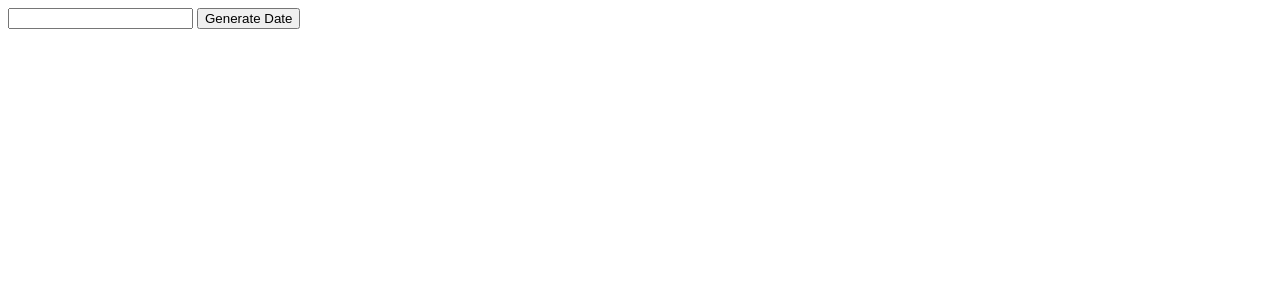
Repository: jfjadloc/jfjadloc.github.io
Page: Timestamp/index.html
An editor plug-in stored every save of this project. The page is shown before and after the next save, followed by the edit.
The browser window is 1280 px wide. The pictures show the whole page.

Above is the page before, as saved 2022-02-27 20:55:21.

After the next save:
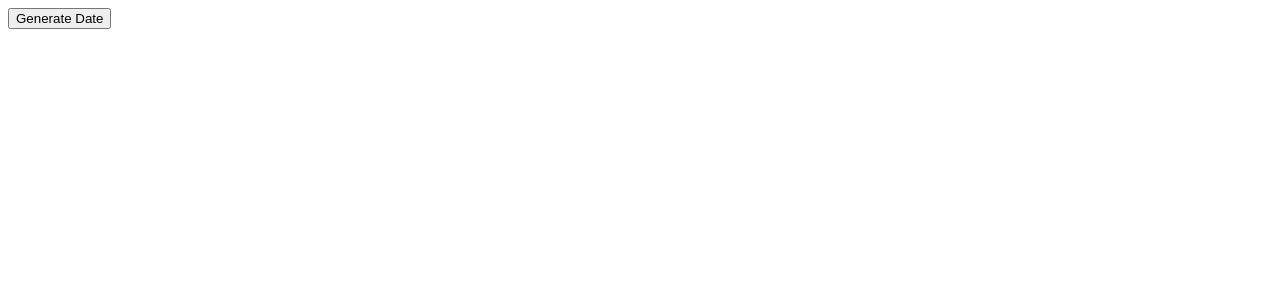
Saved 74 s later.
--- a/Timestamp/index.html
+++ b/Timestamp/index.html
@@ -7,7 +7,6 @@
     <title>Time Stamp Generator</title>
 </head>
 <body>
-    <input type="text" name="date_input" id="date_input">
     <button id="myBtn" onclick="displayDate()">Generate Date</button>
 
     <p id="answer"></p>
